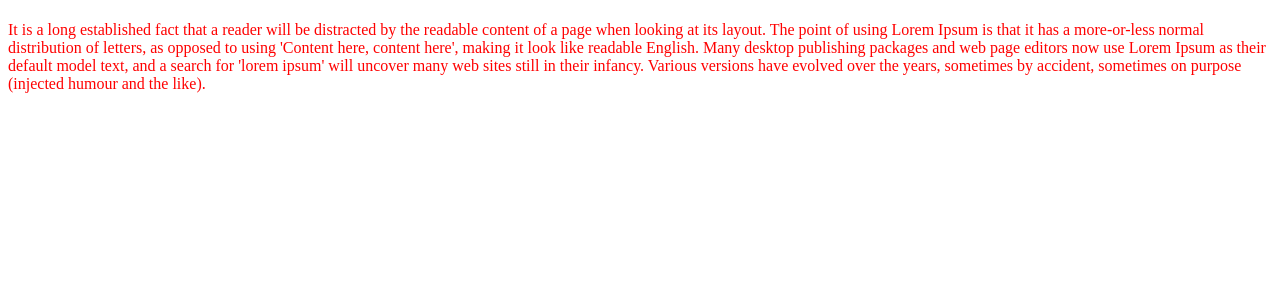
Repository: NicNeira/SpringToolsG1
Page: http://localhost/GenerationG1/WEB-INF/index.jsp
An editor plug-in stored every save of this project. The page is shown before and after the next save, followed by the edit.
The browser window is 1280 px wide. The pictures show the whole page.
The page is served by Tomcat 9. Nobody is signed in. Other server files are loaded and not shown. The template is opened directly, without the code that normally fills it, so the values that code supplies are empty.

Above is the page before, as saved 2022-06-13 19:19:57.

### GenerationG1/src/main/webapp/WEB-INF/index.jsp
<%@ page language="java" contentType="text/html; charset=UTF-8"
	pageEncoding="UTF-8"%>

<!--  La biblioteca de etiquetas estándar de JSP (JSTL)
	representa un conjunto de etiquetas para simplificar el
	desarrollo de JSP.  -->

<%@ taglib prefix="c" uri="http://java.sun.com/jsp/jstl/core"%>


<!DOCTYPE html>
<html>
<head>
<meta charset="UTF-8">
<title>Nicolas Neira</title>
</head>
<body>

	<h1 style="text-align: center">
		<c:out value="${nombres}"></c:out>
		<c:out value=" ${apellidos}"></c:out>
	</h1>
	<!-- $ = place holder -->
	<h2 style="text-align: center">
		<c:out value="${edad}"></c:out>
	</h2>
	<p style="color:red">It is a long established fact that a reader will be distracted
		by the readable content of a page when looking at its layout. The
		point of using Lorem Ipsum is that it has a more-or-less normal
		distribution of letters, as opposed to using 'Content here, content
		here', making it look like readable English. Many desktop publishing
		packages and web page editors now use Lorem Ipsum as their default
		model text, and a search for 'lorem ipsum' will uncover many web sites
		still in their infancy. Various versions have evolved over the years,
		sometimes by accident, sometimes on purpose (injected humour and the
		like).</p>

	<p>
		<c:out value="${usuario.apellido}${usuario.edad}"></c:out>
	</p>
</body>
</html>

After the next save:
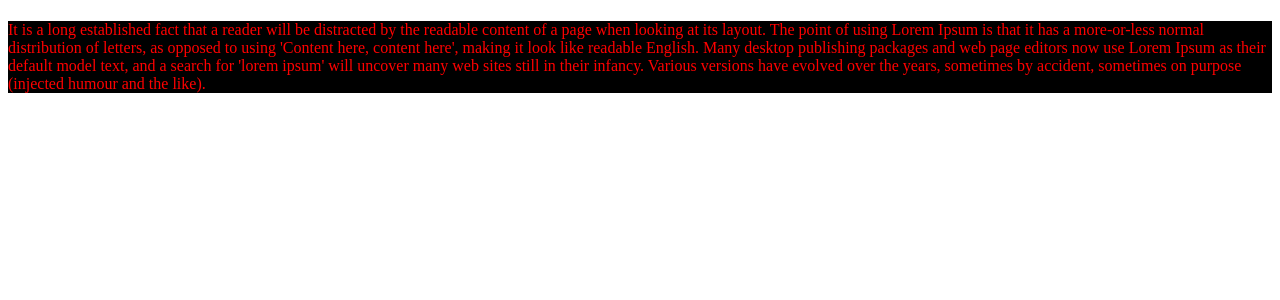
Saved 38 s later.
--- a/GenerationG1/src/main/webapp/WEB-INF/index.jsp
+++ b/GenerationG1/src/main/webapp/WEB-INF/index.jsp
@@ -24,7 +24,7 @@
 	<h2 style="text-align: center">
 		<c:out value="${edad}"></c:out>
 	</h2>
-	<p style="color:red">It is a long established fact that a reader will be distracted
+	<p style="color:red; background-color: Black;">It is a long established fact that a reader will be distracted
 		by the readable content of a page when looking at its layout. The
 		point of using Lorem Ipsum is that it has a more-or-less normal
 		distribution of letters, as opposed to using 'Content here, content
